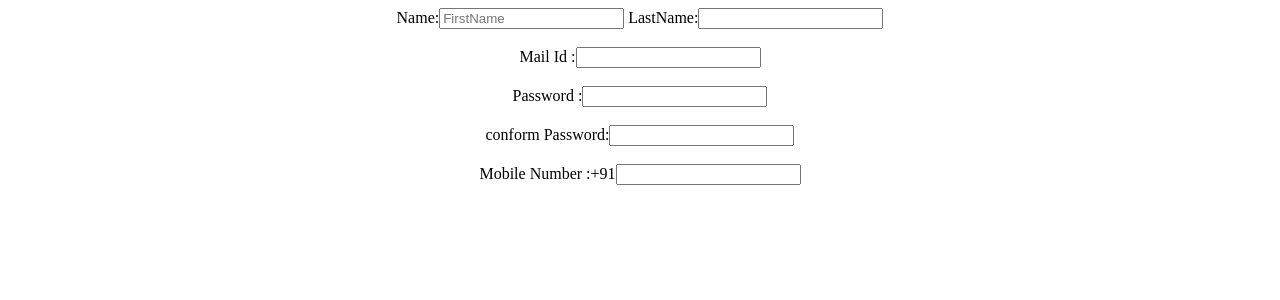
Repository: AbubakarShaik/Java_J2EE_Project
Page: http://localhost/com.testprojectServlet/Registration.jsp
These files come from the project's save history. The page is drawn as it stood at one moment and after the next save; the edit follows.
The browser window is 1280 px wide. The pictures show the whole page.
The page is served by Tomcat 9.

Above is the page before, as saved 2016-12-19 16:56:11.

After the next save:
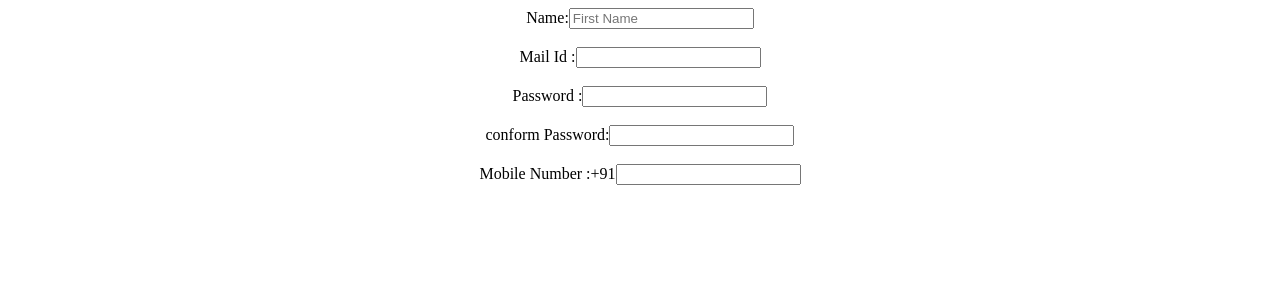
Saved 87 s later.
--- a/com.testprojectServlet/WebContent/Registration.jsp
+++ b/com.testprojectServlet/WebContent/Registration.jsp
@@ -9,7 +9,7 @@
 <body>
 
 <center>
-Name:<input type="text"  placeholder="FirstName" name="Last name"> LastName:<input type="text" name="Lastname">
+Name:<input type="text" placeholder="First Name" <input type="text" placeholder="Last Name">
 <br>
 
 <br>
